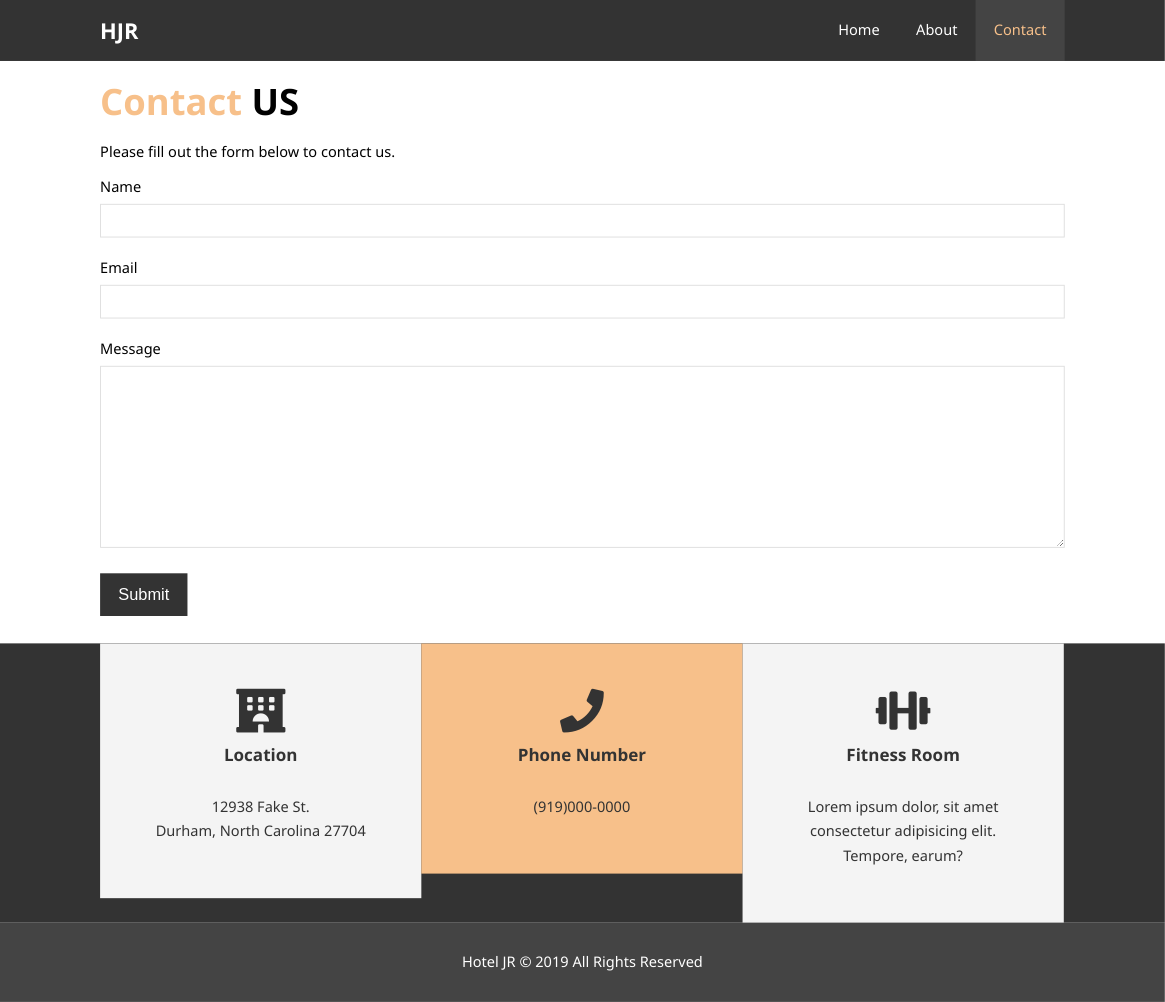
Repository: dimlutine/Hotel-Project
Page: contact.html
The author's editor kept a copy of each file at every save. The page is drawn from the files as they stood at one save, then again after the next save.
The browser window is 1280 px wide. The pictures show the whole page, at 91% of full size.
Some web libraries are served in a nearby version.

Above is the page before, as saved 2019-07-05 23:17:57.

After the next save:
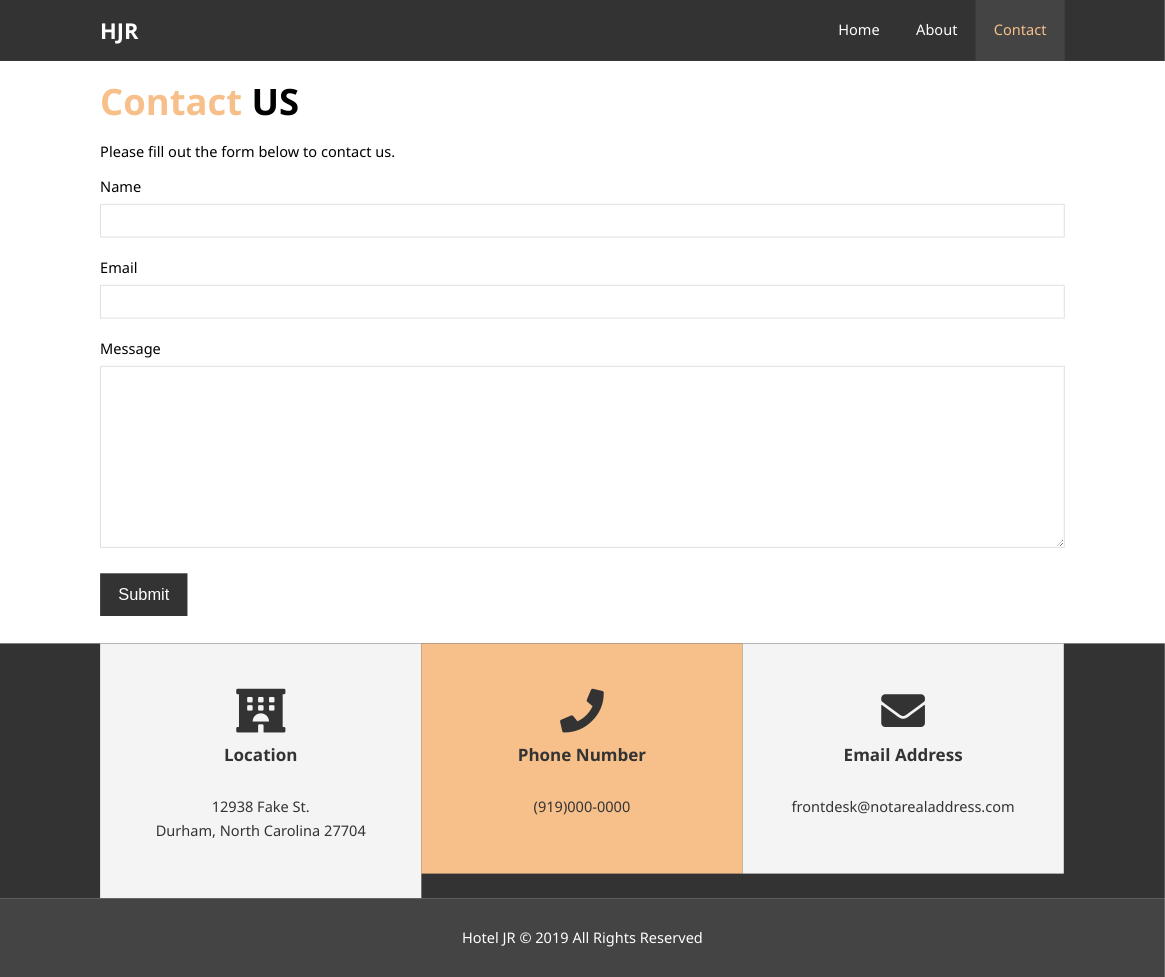
Saved 35 s later.
--- a/contact.html
+++ b/contact.html
@@ -63,9 +63,9 @@
                 <p>(919)000-0000<br></p>
             </div>
             <div class="box bg-light">
-                <i class="fas fa-dumbbell fa-3x"></i>
-                <h3>Fitness Room</h3>
-                <p>Lorem ipsum dolor, sit amet consectetur adipisicing elit. Tempore, earum?</p>
+                <i class="fas fa-envelope fa-3x"></i>
+                <h3>Email Address</h3>
+                <p>frontdesk@notarealaddress.com</p>
             </div>
         </div>
     </section>
